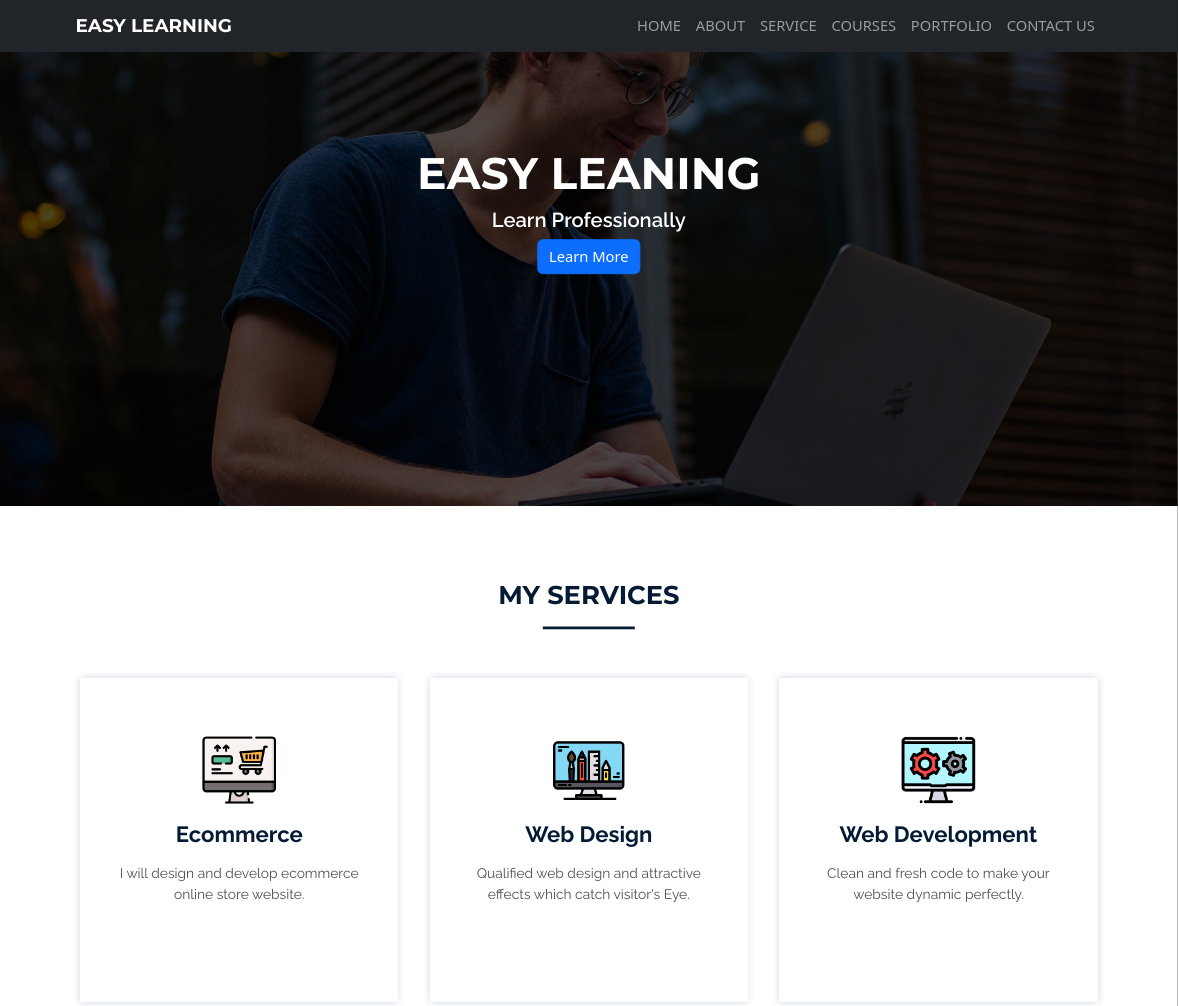
Repository: masamichan/free_video_app
Page: /
An editor plug-in stored every save of this project. The page is shown before and after the next save, followed by the edit.
The browser window is 1280 px wide. The pictures show the whole page, at 92% of full size.
Backgrounds fixed to the window are drawn as part of the page. The project was rebuilt for these pictures with package versions that can differ from the ones it lists, and the page was loaded fresh each time.

Above is the page before, as saved 2023-01-24 09:33:49.

### public/index.html
<!DOCTYPE html>
<html lang="en">
  <head>
    <meta charset="utf-8" />
    <link rel="icon" href="%PUBLIC_URL%/icon.png" />
    <meta name="viewport" content="width=device-width, initial-scale=1" />
    <meta name="theme-color" content="#000000" />
    <meta
      name="description"
      content="Web site created using create-react-app"
    />

    <link rel="manifest" href="%PUBLIC_URL%/manifest.json" />

    <link rel="preconnect" href="https://fonts.googleapis.com">
    <link rel="preconnect" href="https://fonts.gstatic.com" crossorigin>
    <link
      href="https://fonts.googleapis.com/css2?family=Montserrat:wght@400;700;800&family=Raleway:wght@300;400;600;700&display=swap"
      rel="stylesheet">

    <title>Easy Leaning</title>
  </head>
  <body>
    <noscript>You need to enable JavaScript to run this app.</noscript>
    <div style="width: 100%;" id="root"></div>

  </body>
</html>

### src/App.js
import React from "react";
import Services from "./components/Services/Services";
import { TopBanner } from "./components/TopBanner/TopBanner";
import TopNavigation from "./components/TopNavigation/TopNavigation";

function App() {
  return (
    <div>
      <TopNavigation />
      <TopBanner />
      <Services />
    </div>
  );
}

export default App;

### src/components/Services/Services.jsx
import React, { Component, Fragment } from "react";
import { Col, Container, Row } from "react-bootstrap";
import designIcon from "../../asset/image/design.png";
import ecommerceIcon from "../../asset/image/ecommerce.png";
import webIcon from "../../asset/image/web.png";

export class Services extends Component {
  render() {
    return (
      <Fragment>
        <Container className="text-center">
          <h1 className="serviceMainTitle">MY SERVICES</h1>
          <div className="bottom"></div>
          <Row>
            <Col lg={4} md={6} sm={12}>
              <div className="serviceCard text-center">
                <img className="ecommerceIcon" src={ecommerceIcon} />
                <h2 className="serviceName">Ecommerce</h2>
                <p className="serviceDescription">
                  I will design and develop ecommerce online store website.
                </p>
              </div>
            </Col>
            <Col lg={4} md={6} sm={12}>
              <div className="serviceCard text-center">
                <img className="designIcon" src={designIcon} />
                <h2 className="serviceName">Web Design</h2>
                <p className="serviceDescription">
                  Qualified web design and attractive effects which catch
                  visitor's Eye.
                </p>
              </div>
            </Col>
            <Col lg={4} md={6} sm={12}>
              <div className="serviceCard text-center">
                <img className="webIcon" src={webIcon} />
                <h2 className="serviceName">Web Development</h2>
                <p className="serviceDescription">
                  Clean and fresh code to make your website dynamic perfectly.
                </p>
              </div>
            </Col>
          </Row>
        </Container>
      </Fragment>
    );
  }
}

export default Services;

### src/components/TopBanner/TopBanner.jsx
import React, { Component, Fragment } from "react";
import { Button, Col, Container, Row } from "react-bootstrap";
import "../../asset/css/custom.css";
import "../../asset/css/bootstrap.css";

export class TopBanner extends Component {
  render() {
    return (
      <Fragment>
        <Container fluid={true} className="topFixedBanner p-0">
          <div className="topBannerOverlay">
            <Container className="topContent">
              <Row>
                <Col className="text-center">
                  <h1 className="topTitle">EASY LEANING</h1>
                  <h4 className="topSubTitle">Learn Professionally</h4>
                  <Button variant="primary">Learn More</Button>
                </Col>
              </Row>
            </Container>
          </div>
        </Container>
      </Fragment>
    );
  }
}

export default TopBanner;

### src/components/TopNavigation/TopNavigation.jsx
import React, { Component, Fragment } from "react";
import { Nav, Navbar, NavDropdown } from "react-bootstrap";
import { Container } from "react-bootstrap";
import whiteLogo from "../../asset/image/logo_white.png";
import blackLogo from "../../asset/image/logo_black.png";

export class TopNavigation extends Component {
  constructor() {
    super();
    this.state = {
      navBarTitle: "navTitle",
      navBarLogo: [whiteLogo],
    };
  }

  onScroll = () => {
    if (window.scrollY > 100) {
      this.setState({ navBarTitle: "navTitleScroll", navBarLogo: [blackLogo] });
    } else if (window.scrollY < 100) {
      this.setState({ navBarTitle: "navTitle" });
    }
  };

  componentDidMount() {
    window.addEventListener("scroll", this.onScroll);
  }

  render() {
    return (
      <Fragment>
        <Navbar
          collapseOnSelect
          fixed="top"
          expand="lg"
          bg="dark"
          variant="dark"
        >
          <Container>
            <Navbar.Brand className={this.state.navBarTitle} href="#home">
              EASY LEARNING
            </Navbar.Brand>
            <Navbar.Toggle aria-controls="responsive-navbar-nav" />
            <Navbar.Collapse id="responsive-navbar-nav">
              <Nav className="me-auto"></Nav>
              <Nav>
                <Nav.Link href="#deets">HOME</Nav.Link>
                <Nav.Link href="#deets">ABOUT</Nav.Link>
                <Nav.Link href="#deets">SERVICE</Nav.Link>
                <Nav.Link href="#deets">COURSES</Nav.Link>
                <Nav.Link href="#deets">PORTFOLIO</Nav.Link>
                <Nav.Link href="#deets">CONTACT US</Nav.Link>
              </Nav>
            </Navbar.Collapse>
          </Container>
        </Navbar>
      </Fragment>
    );
  }
}

export default TopNavigation;

### src/asset/css/custom.css
.topFixedBanner {
  background-image: url("../image/banner.jpg");
  min-height: 550px;
  background-attachment: fixed;
  background-position: center;
  background-repeat: no-repeat;
  background-size: cover;
}
.topBannerOverlay {
  position: absolute;
  min-height: 550px;
  width: 100%;
  background: rgb(0, 0, 0, 0.7);
}

.topContent {
  margin-top: 10em;
}

.topTitle {
  font-family: "Montserrat", sans-serif;
  font-weight: 700;
  color: #ffffff;
  font-size: 48px;
}

.topSubTitle {
  font-family: "Raleway", san-serif;
  font-weight: 600;
  color: #ffffff;
  font-size: 22px;
}

.ecommerceIcon {
  height: 80px;
  width: 80px;
}

.designIcon {
  height: 80px;
  width: 80px;
}

.webIcon {
  height: 80px;
  width: 80px;
}

.serviceCard {
  margin: 5px 5px 5px 5px;
  height: 22rem;
  padding: 60px 30px 60px 30px;
  box-shadow: 0 0 8px 0 rgb(4, 55, 105, 0.2);
}

.serviceCard:hover {
  margin: 5px 5px 5px 5px;
  height: 22rem;
  padding: 60px 30px 60px 30px;
  box-shadow: 0 0 16px 0 rgb(4, 55, 105, 0.2);
}

.serviceName {
  color: #051b35;
  margin-top: 1rem;
  font-family: "Raleway", sans-serif;
  font-size: 24px;
  font-weight: 700;
}

.serviceDescription {
  color: #505050;
  margin-top: 1rem;
  font-family: "Raleway", sans-serif;
  font-size: 15px;
  font-weight: 400;
}

.serviceMainTitle {
  color: #051b35;
  margin-top: 5rem;
  margin-bottom: 3rem;
  font-family: "Montserrat", sans-serif;
  font-weight: 700;
  font-size: 28px;
}

.bottom {
  background: #051b35 none repeat scroll 0 0;
  height: 3px;
  width: 100px;
  margin: -1.9rem auto 0;
  margin-bottom: 3rem;
}

.navTitle {
  font-family: "Montserrat", sans-serif;
  color: #ffffff !important;
  font-weight: 700;
  font-size: 30px;
}

.navTitleScroll {
  font-family: "Montserrat", sans-serif;
  color: #051b35 !important;
  font-weight: 700;
  font-size: 30px;
}

Loaded but not shown: src/index.js (common file); src/asset/css/bootstrap.css (library)

After the next save:
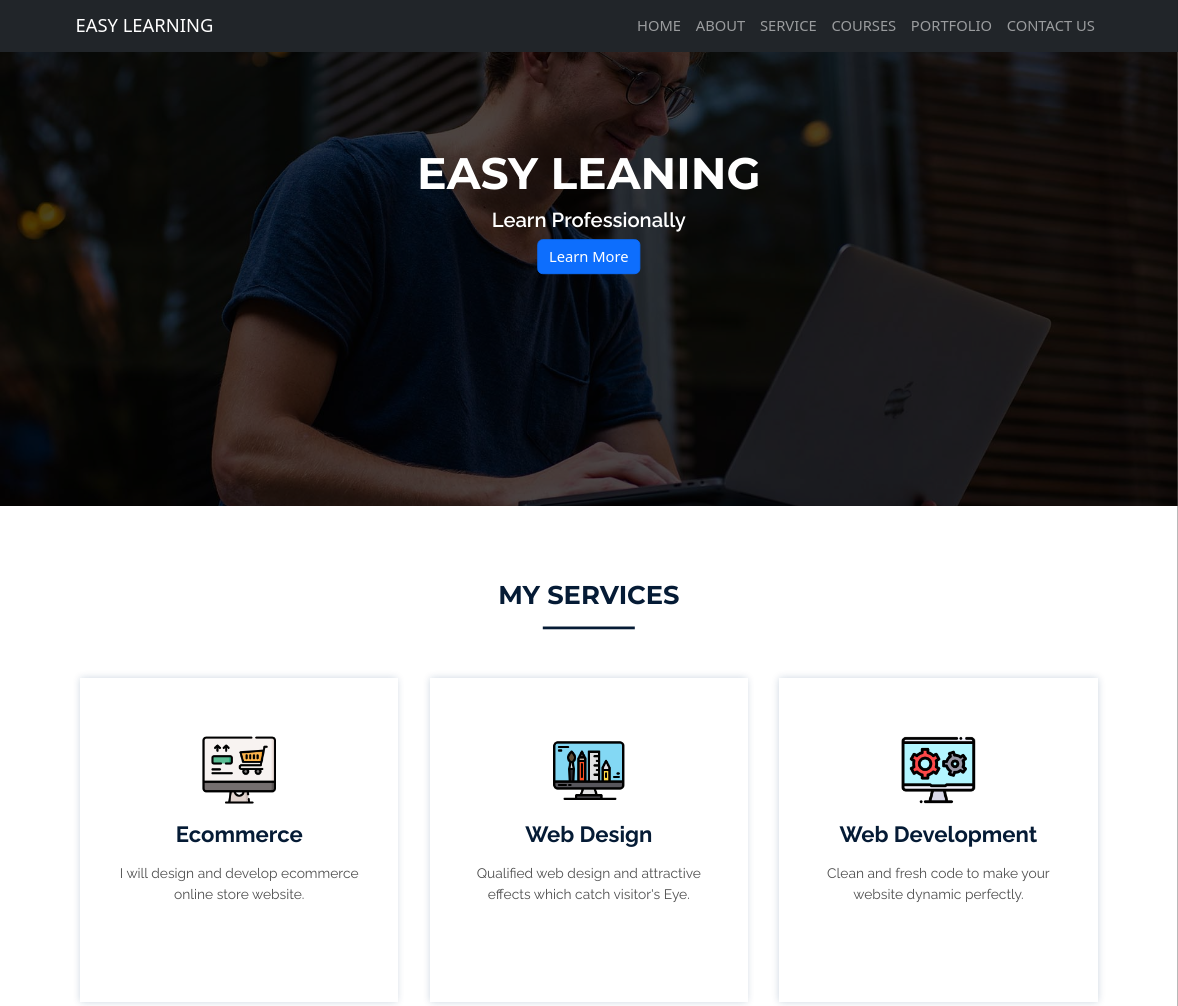
Saved 42 s later.
--- a/src/components/TopNavigation/TopNavigation.jsx
+++ b/src/components/TopNavigation/TopNavigation.jsx
@@ -17,7 +17,7 @@
     if (window.scrollY > 100) {
       this.setState({ navBarTitle: "navTitleScroll", navBarLogo: [blackLogo] });
     } else if (window.scrollY < 100) {
-      this.setState({ navBarTitle: "navTitle" });
+      this.setState({ navBarTitle: "navTitle", navBarTitle: [whiteLogo] });
     }
   };
 

After the save that followed:
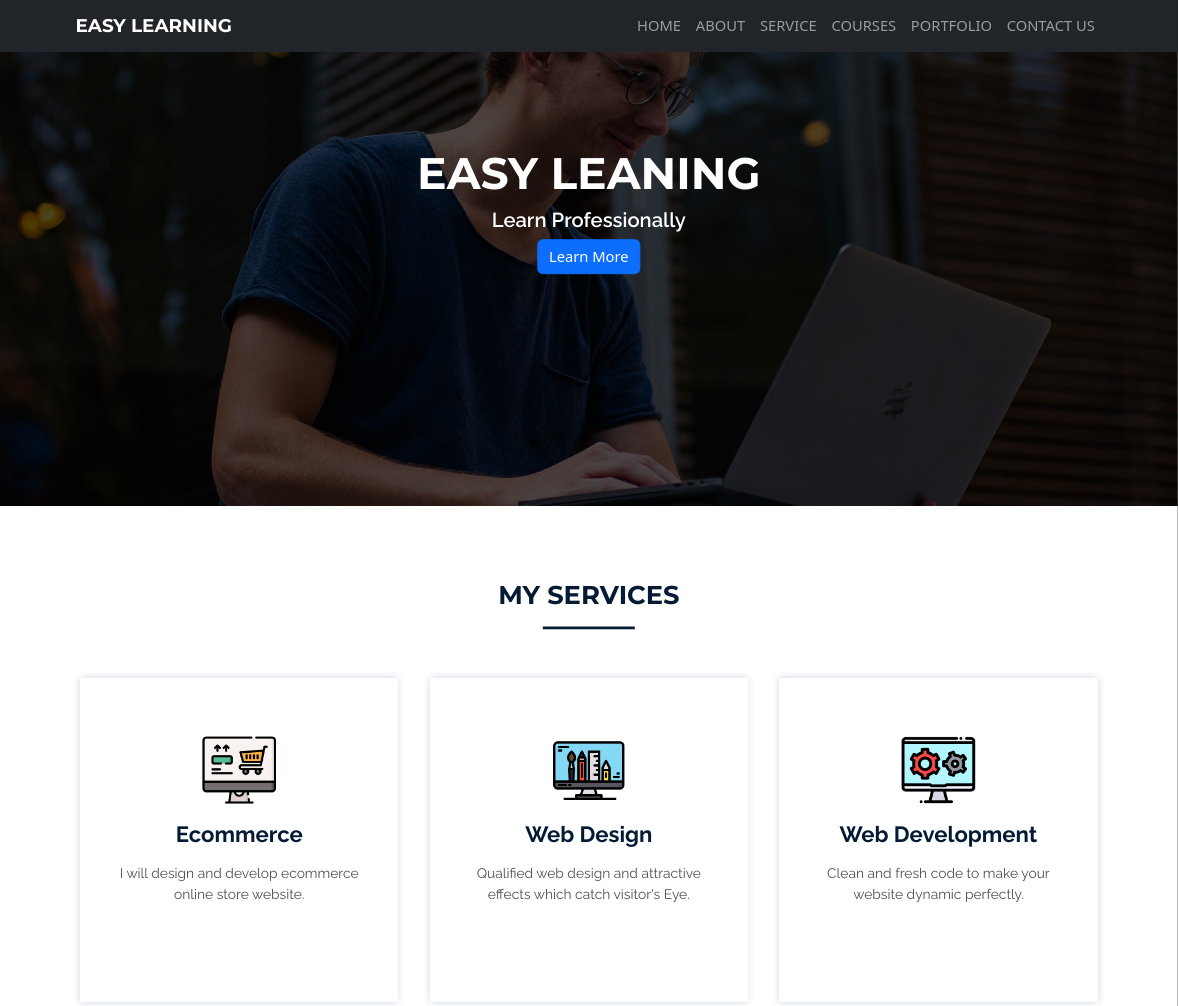
Saved 9 s later.
--- a/src/components/TopNavigation/TopNavigation.jsx
+++ b/src/components/TopNavigation/TopNavigation.jsx
@@ -17,7 +17,7 @@
     if (window.scrollY > 100) {
       this.setState({ navBarTitle: "navTitleScroll", navBarLogo: [blackLogo] });
     } else if (window.scrollY < 100) {
-      this.setState({ navBarTitle: "navTitle", navBarTitle: [whiteLogo] });
+      this.setState({ navBarTitle: "navTitle", navBarLogo: [whiteLogo] });
     }
   };
 
